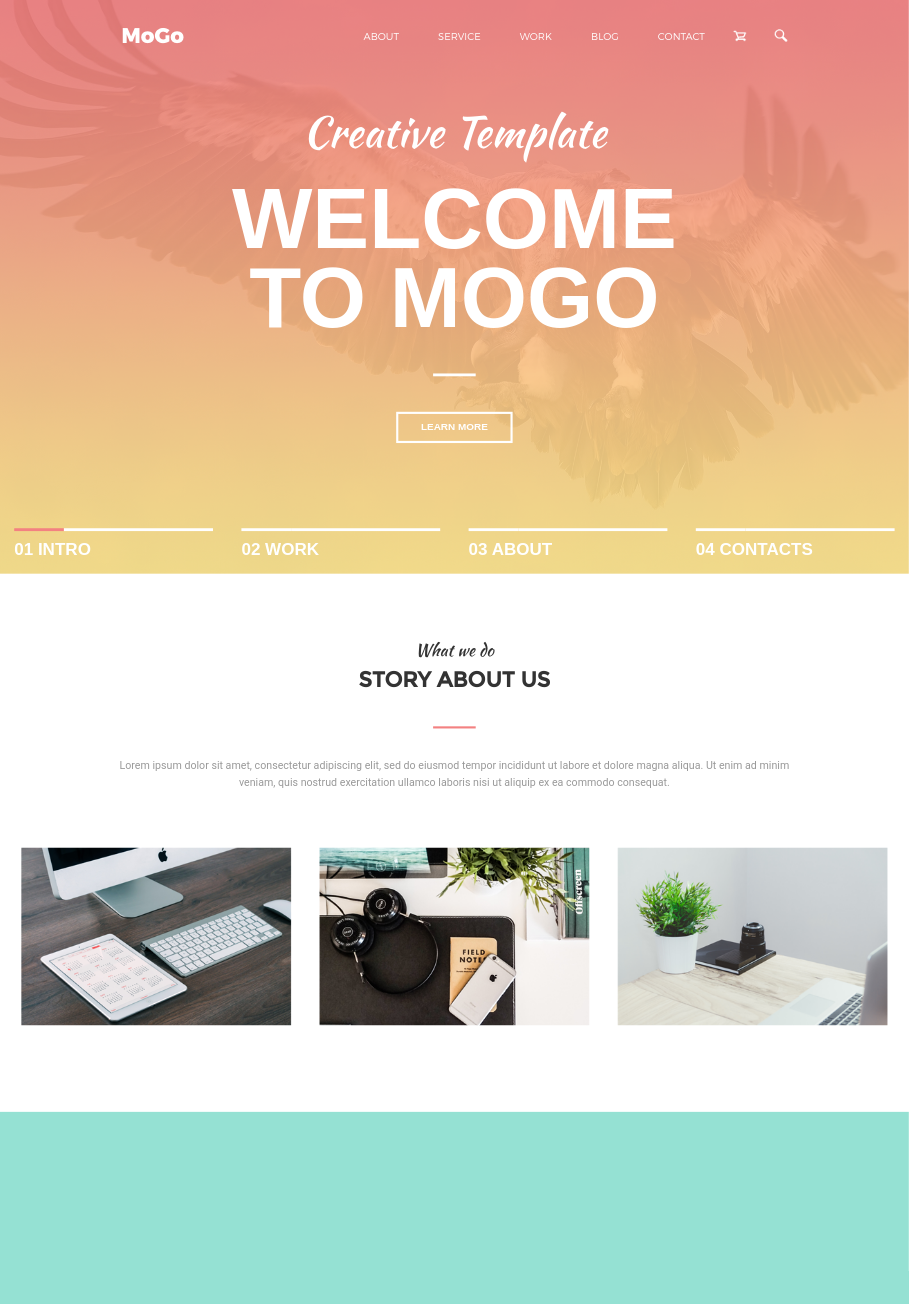
Repository: RaffiBarseghyan/mogo
Page: /
The author's editor kept a copy of each file at every save. The page is drawn from the files as they stood at one save, then again after the next save.
The browser window is 1280 px wide. The pictures show the whole page, at 71% of full size.
The project was rebuilt for these pictures with package versions that can differ from the ones it lists, and the page was loaded fresh each time.

Above is the page before, as saved 2023-05-11 17:48:50.

### src/App.jsx
import "./App.css";
import "bootstrap/dist/css/bootstrap.min.css";
import "bootstrap/dist/js/bootstrap.bundle";
import Header from "./Pages/Header/header";
import AboutUs from "./Pages/AboutUs/aboutUs";

function App() {
  return (
    <div className="App">
      <Header />
      <AboutUs />
    </div>
  );
}

export default App;

### src/Pages/Header/header.jsx
import style from "./header.module.scss";
import glass from "../../Assets/Images/GLASS.png";
import cart from "../../Assets/Images/CART.png";

function Header() {
  return (
    <>
      <div className={style.big_header}>
        <div className={style.header}>
          <nav className="navbar navbar-expand-lg bg-body-tertiary">
            <div className="container-fluid">
              <a className={`${style.logo} navbar-brand me-5`} href="#">
                MoGo
              </a>
              <button
                className="navbar-toggler"
                type="button"
                data-bs-toggle="collapse"
                data-bs-target="#navbarNav"
                aria-controls="navbarNav"
                aria-expanded="false"
                aria-label="Toggle navigation"
              >
                <span className="navbar-toggler-icon"></span>
              </button>
              <div
                className={`${style.menu} collapse navbar-collapse`}
                id="navbarNav"
              >
                <ul className={`navbar-nav`}>
                  <li className="nav-item">About</li>
                  <li className="nav-item">service</li>
                  <li className="nav-item">work</li>
                  <li className="nav-item">blog</li>
                  <li className="nav-item">contact</li>
                  <img src={cart} alt="" />
                  <img src={glass} alt="" />
                </ul>
              </div>
            </div>
          </nav>
        </div>

        <div className={style.header_text}>
          <h1>Creative Template</h1>
          <h2>
            Welcome <br /> to MoGo
          </h2>
          <div className={style.border_box}>
            <div className={style.border}></div>
          </div>

          <div className={style.btn_box}>
            <button className={style.btn}>Learn More</button>
          </div>

          <div className={style.big_border_box_1}>
            <div className={style.div}>
              <div className={style.b_box1}>
                <div className={style.red}></div>
                <div className={style.white}></div>
              </div>
              <p className={style.b_p}>01 intro</p>
            </div>

            <div className={style.div}>
              <div className={style.b_box1}>
                <div className={style.white_s}></div>
                <div className={style.white}></div>
              </div>
              <p className={style.b_p}>02 work</p>
            </div>

            <div className={style.div}>
              <div className={style.b_box1}>
                <div className={style.white_s}></div>
                <div className={style.white}></div>
              </div>
              <p className={style.b_p}>03 About</p>
            </div>

            <div className={style.div}>
              <div className={style.b_box1}>
                <div className={style.white_s}></div>
                <div className={style.white}></div>
              </div>
              <p className={style.b_p}>04 Contacts</p>
            </div>
          </div>
        </div>
      </div>
    </>
  );
}

export default Header;

### src/Pages/AboutUs/aboutUs.jsx
import style from "./aboutUs.module.scss";
import aboutUs1 from "../../Assets/Images/aboutUs1.png";
import aboutUs2 from "../../Assets/Images/aboutUs2.png";
import aboutUs3 from "../../Assets/Images/aboutUs3.png";
import user from "../../Assets/Images/USERS.png";

function AboutUs() {
  return (
    <>
      <div className={style.aboutUs}>
        <h3>What we do</h3>
        <h2>Story about us</h2>
        <div className={style.line}></div>
        <p>
          Lorem ipsum dolor sit amet, consectetur adipiscing elit, sed do
          eiusmod tempor incididunt ut labore et dolore magna aliqua. Ut enim ad
          minim <br />
          veniam, quis nostrud exercitation ullamco laboris nisi ut aliquip ex
          ea commodo consequat.
        </p>
        <div className="d-flex justify-content-center flex-wrap ">
          <div className={style.imgDiv}>
            <img src={user} alt="" className={style.user} />
            <p>SUPER TEAM</p>
            <img src={aboutUs1} alt="" className={style.aboutImg}/>
          </div>
          <div className={style.imgDiv}>
            <img src={user} alt="" className={style.user} />
            <p>SUPER TEAM</p>
            <img src={aboutUs2} alt="" className={style.aboutImg}/>
          </div>
          <div className={style.imgDiv}>
            <img src={user} alt="" className={style.user} />
            <p>SUPER TEAM</p>
            <img src={aboutUs3} alt="" className={style.aboutImg}/>
          </div>
        </div>
      </div>

      <div className={style.aboutUsFooter}>
        <div><h2>
            </h2></div>
        <div></div>
        <div></div>
        <div></div>
        <div></div>
      </div>
    </>
  );
}

export default AboutUs;

### src/Pages/Header/header.module.scss
@font-face {
  font-family: Montserrat;
  src: url("../../Assets/Fonts/montserrat/Montserrat-Light.otf")
    format("truetype");
}

@font-face {
  font-family: Montserrat_bold;
  src: url("../../Assets/Fonts/montserrat/Montserrat-ExtraBold.otf")
    format("truetype");
}

@font-face {
  font-family: kaushan;
  src: url("../../Assets/Fonts/kaushan-script/kaushan-script.kaushanscript-regular.otf")
    format("truetype");
}

* {
  margin: 0;
  padding: 0;
  box-sizing: border-box;
}

/* Header */

.logo {
  font-size: 30px;
  color: #ffffff !important;
  font-weight: 700;
  font-family: "Montserrat_bold";
}

.logo:hover {
  color: #ffffff !important;
}

.big_header {
  width: 100%;
  min-height: 800px;
  background-image: url("../../Assets/Images/background-image-big-box-header.png");
  background-position: center;
  background-size: cover;
  background-repeat: no-repeat;
}

.header {
  width: 100%;
  min-height: 100px;
  display: flex;
  justify-content: space-around;
  align-items: center;
}

.menu > ul {
  margin-left: 150px;
}

.menu > ul > li {
  font-size: 14px;
  font-family: "Montserrat";
  color: rgb(255, 255, 255);
  text-transform: uppercase;
  list-style: none;
  margin-left: 55px;
}

.menu > ul > li:hover {
  color: #fce38a;
  border-bottom: 2px solid #fce38a;
  cursor: pointer;
  transition: 0.3s;
}

.menu > ul > img {
  margin-left: 40px;
  cursor: pointer;
  width: 15%;
  aspect-ratio: 3/2;
  object-fit: contain;
}

/* Header_text */

.header_text {
  margin-top: 50px;
}

.header_text > h1 {
  text-align: center;
  font-family: kaushan;
  font-size: 60px;
  color: rgb(255, 255, 255);
  line-height: 1.2;
}

.header_text > h2 {
  text-align: center;
  font-family: sans-serif;
  font-size: 120px;
  color: rgb(255, 255, 255);
  font-weight: bold;
  text-transform: uppercase;
  line-height: 0.933;
  margin-top: 30px;
}

.border {
  width: 60px;
  height: 4px;
  background-color: #ffffff;
}

.border_box {
  display: flex;
  justify-content: center;
  margin: 50px 0;
}

.btn {
  border-style: solid;
  border-width: 3px;
  border-color: rgb(255, 255, 255);
  background-color: rgba(0, 0, 0, 0);
  width: 164px;
  height: 44px;
  font-size: 14px;
  font-family: sans-serif;
  color: rgb(255, 255, 255);
  font-weight: bold;
  text-transform: uppercase;
}

.btn_box {
  display: flex;
  justify-content: center;
}

.btn_box > button:hover {
  cursor: pointer;
  border-radius: 10px;
  transition: 0.5s;
}

/* Borders */

.red {
  width: 70px;
  height: 4px;
  background-color: #f38181;
}

.white_s {
  width: 70px;
  height: 4px;
  background-color: #ffffff;
}

.white {
  width: 210px;
  height: 4px;
  background-color: white;
}

.b_box1 {
  display: flex;
}

.b_p {
  margin-top: 8px;
  font-size: 24px;
  font-family: sans-serif;
  color: rgb(255, 255, 255);
  font-weight: bold;
  text-transform: uppercase;
  text-align: left;
}

.big_border_box_1 {
  margin-top: 120px;
  display: flex;
  justify-content: space-around;
  flex-wrap: wrap;
}

@media only screen and (max-width: 992.2px) {
  .menu > ul {
    display: flex;
    justify-content: center;
    align-items: center;
  }
  .menu > ul > img {
    width: 12%;
    aspect-ratio: 3/2;
    object-fit: contain;
  }
  .header_text>h2{
    font-size: 80px;
  }
}

### src/Pages/AboutUs/aboutUs.module.scss
@font-face {
  font-family: Montserrat;
  src: url("../../Assets/Fonts/montserrat/Montserrat-Light.otf")
    format("truetype");
}

@font-face {
  font-family: Montserrat_mid;
  src: url("../../Assets/Fonts/montserrat/Montserrat-Regular.ttf")
    format("truetype");
}

@font-face {
  font-family: Montserrat_bold;
  src: url("../../Assets/Fonts/montserrat/Montserrat-ExtraBold.otf")
    format("truetype");
}

@font-face {
  font-family: kaushan;
  src: url("../../Assets/Fonts/kaushan-script/kaushan-script.kaushanscript-regular.otf")
    format("truetype");
}

.aboutUs {
  min-height: 750px;
  display: flex;
  flex-direction: column;
  align-items: center;
  justify-content: center;
  h3 {
    font-size: 24px;
    color: #333333;
    font-weight: 400;
    font-family: "kaushan";
    text-align: center;
  }
  h2 {
    font-size: 30px;
    text-transform: uppercase;
    color: #333333;
    font-weight: 700;
    font-family: "Montserrat_mid";
    text-align: center;
  }
  p {
    font-size: 15px;
    line-height: 24px;
    color: #999999;
    font-weight: 400;
    font-family: "Roboto";
    text-align: center;
    margin-bottom: 60px;
  }
  .line {
    width: 60px;
    height: 3px;
    background-color: #f38181;
    margin: 40px;
  }
  img {
    width: 380px;
    height: 250px;
    aspect-ratio: 3/2;
    object-fit: cover;
  }

  .imgDiv {
    width: 380px;
    height: 250px;
    margin: 20px;
    transition: 0.5s;
    display: flex;
    flex-direction: column;
    justify-content: center;
    align-items: center;
    p {
      font-size: 18px;
      text-transform: uppercase;
      color: #ffffff;
      font-weight: 700;
      font-family: "Montserrat";
      text-align: center;
      display: none;
      position: absolute;
      margin-top: 80px;
    }
    .user {
      width: 32px;
      height: 23px;
      display: none;
      position: absolute;
      margin-bottom: 30px;
    }
  }

  .imgDiv:hover {
    transition: 0.5s;
    box-shadow: 10px 10px 0px 0px rgba(149, 225, 211, 1);
    -webkit-box-shadow: 10px 10px 0px 0px rgba(149, 225, 211, 1);
    -moz-box-shadow: 10px 10px 0px 0px rgba(149, 225, 211, 1);
    cursor: pointer;
    p,
    .user {
      display: block;
    }
    background: rgb(226, 204, 123);
    background: linear-gradient(
      0deg,
      rgba(226, 204, 123, 1) 0%,
      rgba(219, 116, 116, 1) 53%
    );

    .aboutImg {
      opacity: 0.2;
    }
  }
}

.aboutUsFooter {
  height: 270px;
  background-color: #95e1d3;
}

Loaded but not shown: public/index.html (common file); src/index.js (common file); src/index.css (common file); src/reportWebVitals.js (common file); src/App.css (common file)

After the next save:
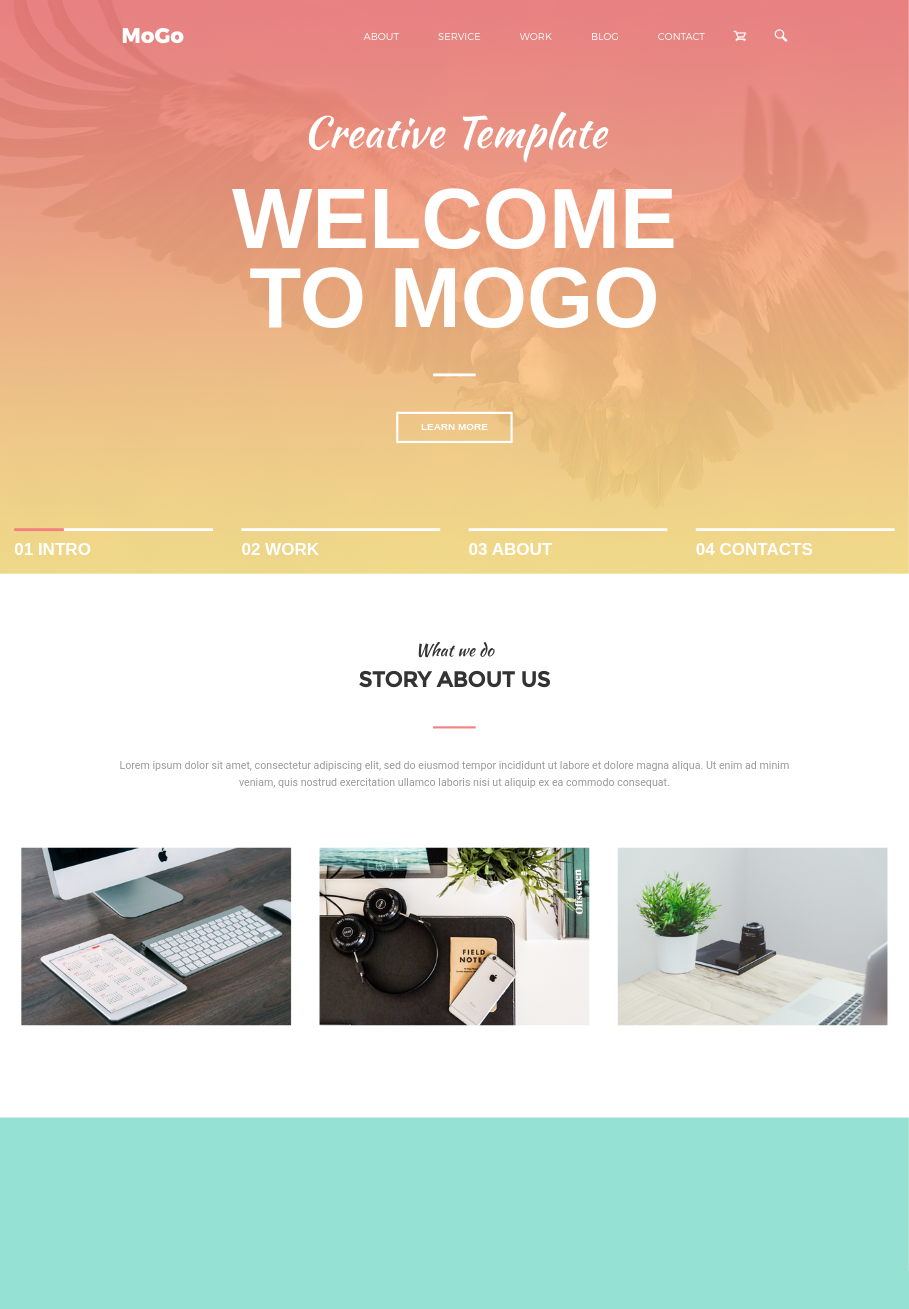
Saved 5 s later.
--- a/src/Pages/AboutUs/aboutUs.jsx
+++ b/src/Pages/AboutUs/aboutUs.jsx
@@ -22,24 +22,26 @@ function AboutUs() {
           <div className={style.imgDiv}>
             <img src={user} alt="" className={style.user} />
             <p>SUPER TEAM</p>
-            <img src={aboutUs1} alt="" className={style.aboutImg}/>
+            <img src={aboutUs1} alt="" className={style.aboutImg} />
           </div>
           <div className={style.imgDiv}>
             <img src={user} alt="" className={style.user} />
             <p>SUPER TEAM</p>
-            <img src={aboutUs2} alt="" className={style.aboutImg}/>
+            <img src={aboutUs2} alt="" className={style.aboutImg} />
           </div>
           <div className={style.imgDiv}>
             <img src={user} alt="" className={style.user} />
             <p>SUPER TEAM</p>
-            <img src={aboutUs3} alt="" className={style.aboutImg}/>
+            <img src={aboutUs3} alt="" className={style.aboutImg} />
           </div>
         </div>
       </div>
 
       <div className={style.aboutUsFooter}>
-        <div><h2>
-            </h2></div>
+        <div>
+          <h2></h2>
+          <p></p>
+        </div>
         <div></div>
         <div></div>
         <div></div>
